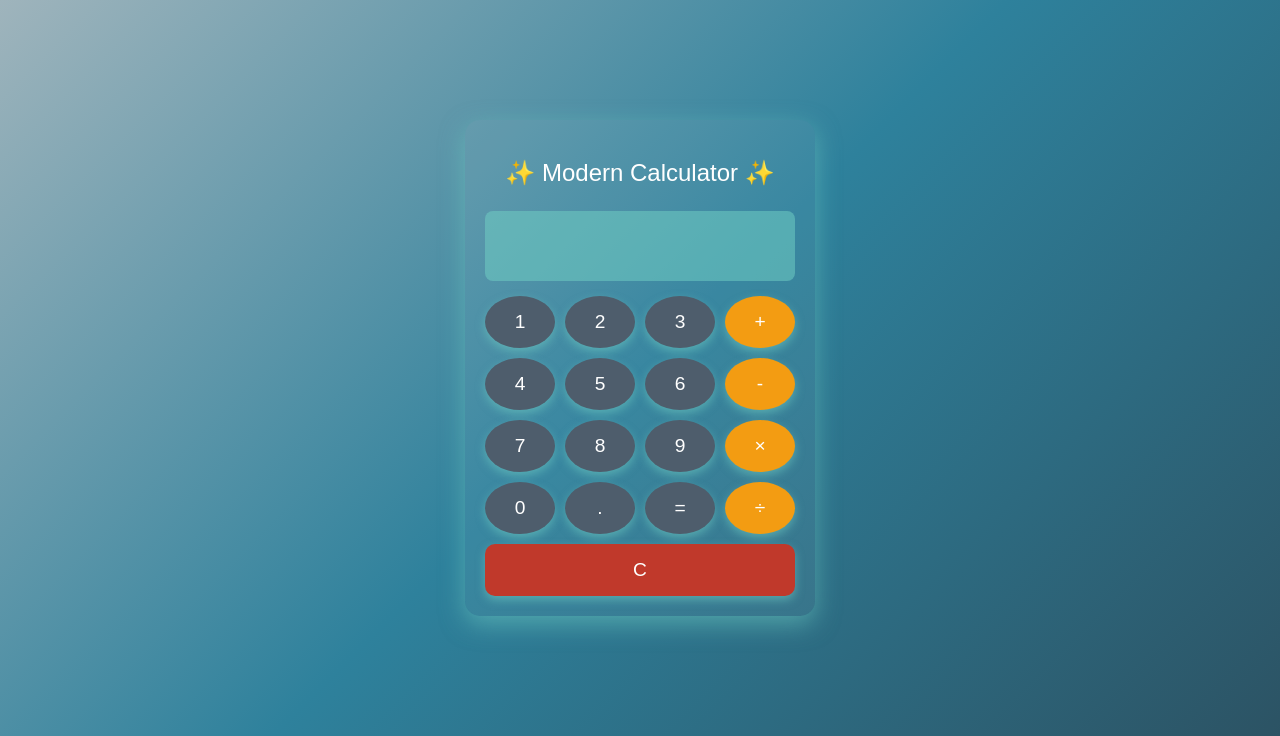
Repository: hawamubarakk/Calculator
Page: calculator.html
An editor plug-in stored every save of this project. The page is shown before and after the next save, followed by the edit.
The browser window is 1280 px wide. The pictures show the whole page.

Above is the page before, as saved 2025-08-15 21:51:59.

### calculator.html
<!DOCTYPE html>
<html lang="en">
<head>
  <meta charset="UTF-8">
  <meta name="viewport" content="width=device-width, initial-scale=1.0">
  <title>Modern Calculator</title>
  <link rel="stylesheet" href="style.css">
</head>
<body>
  <div class="calculator-container">
    <h2>✨ Modern Calculator ✨</h2>
    <p class="js-calculation"></p>

    <div class="buttons-grid">
      <button data-value="1">1</button>
      <button data-value="2">2</button>
      <button data-value="3">3</button>
      <button class="op" data-value="+">+</button>

      <button data-value="4">4</button>
      <button data-value="5">5</button>
      <button data-value="6">6</button>
      <button class="op" data-value="-">-</button>

      <button data-value="7">7</button>
      <button data-value="8">8</button>
      <button data-value="9">9</button>
      <button class="op" data-value="*">×</button>

      <button data-value="0">0</button>
      <button data-value=".">.</button>
      <button id="equals">=</button>
      <button class="op" data-value="/">÷</button>

      <button id="clear" class="clear-btn">C</button>
    </div>
  </div>

  <script src="script.js"></script>
</body>
</html>

### style.css
body {
  background: linear-gradient(135deg, #9fb4bc, #2e819c, #2c5364);
  font-family: Arial, sans-serif;
  color: white;
  display: flex;
  justify-content: center;
  align-items: center;
  height: 100vh;
}

.calculator-container {
  background: rgba(255, 255, 255, 0.05);
  padding: 20px;
  border-radius: 15px;
  box-shadow: 0 8px 25px rgba(112, 207, 196, 0.527);
  text-align: center;
}

h2 {
  margin-bottom: 10px;
  font-weight: normal;
}

.js-calculation {
  background: rgba(112, 207, 196, 0.527);
  padding: 15px;
  border-radius: 8px;
  font-size: 1.5rem;
  margin-bottom: 15px;
  min-height: 40px;
  transition: all 0.3s ease-in-out;
}

.buttons-grid {
  display: grid;
  grid-template-columns: repeat(4, 70px);
  gap: 10px;
}

button {
  font-size: 1.2rem;
  padding: 15px;
  border: none;
  border-radius: 50%;
  background: #4e5d6c;
  color: white;
  cursor: pointer;
  transition: transform 0.15s ease, background 0.3s ease;
  box-shadow: 0 4px 10px rgba(112, 207, 196, 0.527);
}

button:hover {
  background: #5b8abc;
  transform: scale(1.1);
}

button:active {
  transform: scale(0.9);
}

.op {
  background: #f39c12;
}

.op:hover {
  background: #e67e22;
}

.clear-btn {
  grid-column: span 4;
  border-radius: 10px;
  background: #c0392b;
}

.clear-btn:hover {
  background: #e74c3c;
}

### script.js
let calculation = localStorage.getItem('calculation') || '';
displayCalculation();

function updateCalculation(value) {
  calculation += value;
  displayCalculation();
  localStorage.setItem('calculation', calculation);
}

function displayCalculation() {
  document.querySelector('.js-calculation').textContent = calculation;
}

function evaluateCalculation() {
  try {
    calculation = eval(calculation);
    displayCalculation();
    localStorage.setItem('calculation', calculation);
  } catch {
    calculation = "Error";
    displayCalculation();
  }
}

function clearCalculation() {
  calculation = '';
  displayCalculation();
  localStorage.setItem('calculation', calculation);
}

// Mouse Click Support
document.querySelectorAll('button[data-value]').forEach(btn => {
  btn.addEventListener('click', () => {
    updateCalculation(btn.getAttribute('data-value'));
  });
});

document.getElementById('equals').addEventListener('click', evaluateCalculation);
document.getElementById('clear').addEventListener('click', clearCalculation);

// Keyboard Support
document.addEventListener("keydown", function(event) {
  const key = event.key;

  if (!isNaN(key) || key === ".") updateCalculation(key);
  if (["+", "-", "*", "/"].includes(key)) updateCalculation(` ${key} `);
  if (key === "Enter") evaluateCalculation();
  if (key === "Backspace") {
    calculation = calculation.slice(0, -1);
    displayCalculation();
  }
  if (key === "Escape") clearCalculation();
});

After the next save:
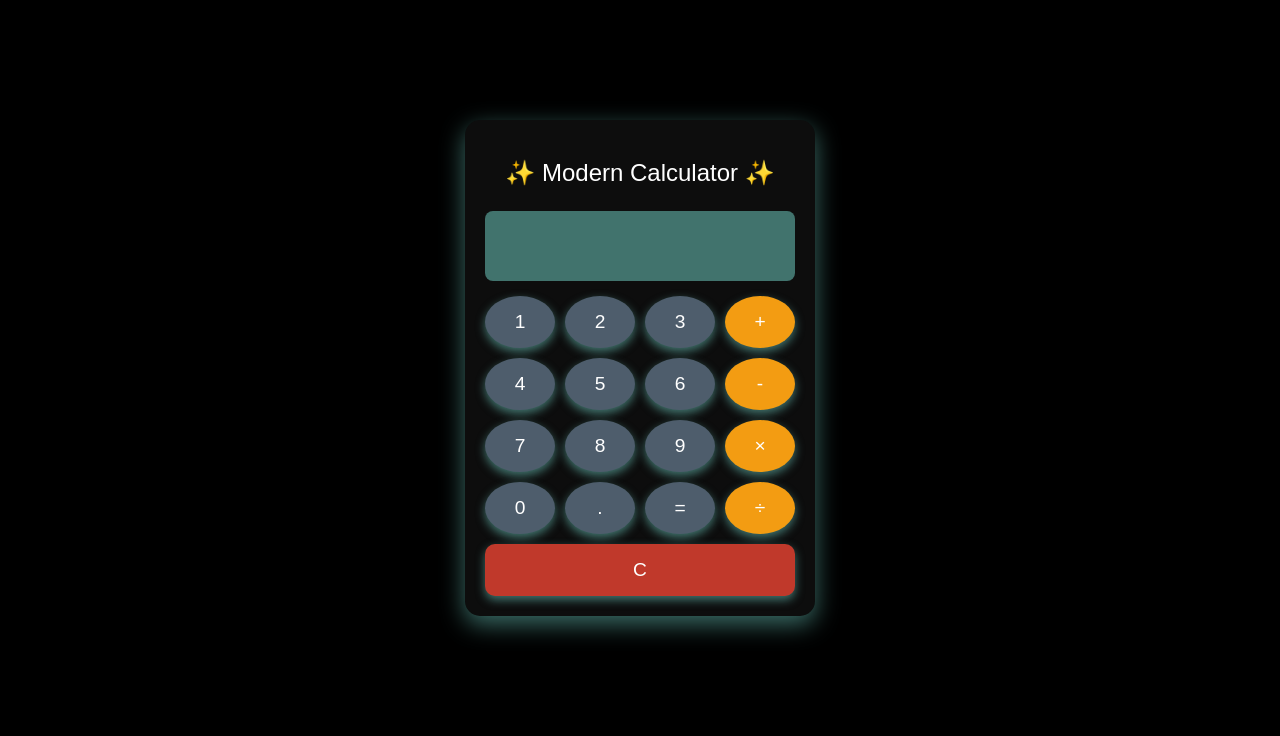
Saved 48 s later.
--- a/style.css
+++ b/style.css
@@ -1,5 +1,5 @@
 body {
-  background: linear-gradient(135deg, #9fb4bc, #2e819c, #2c5364);
+  background-color: black;
   font-family: Arial, sans-serif;
   color: white;
   display: flex;
